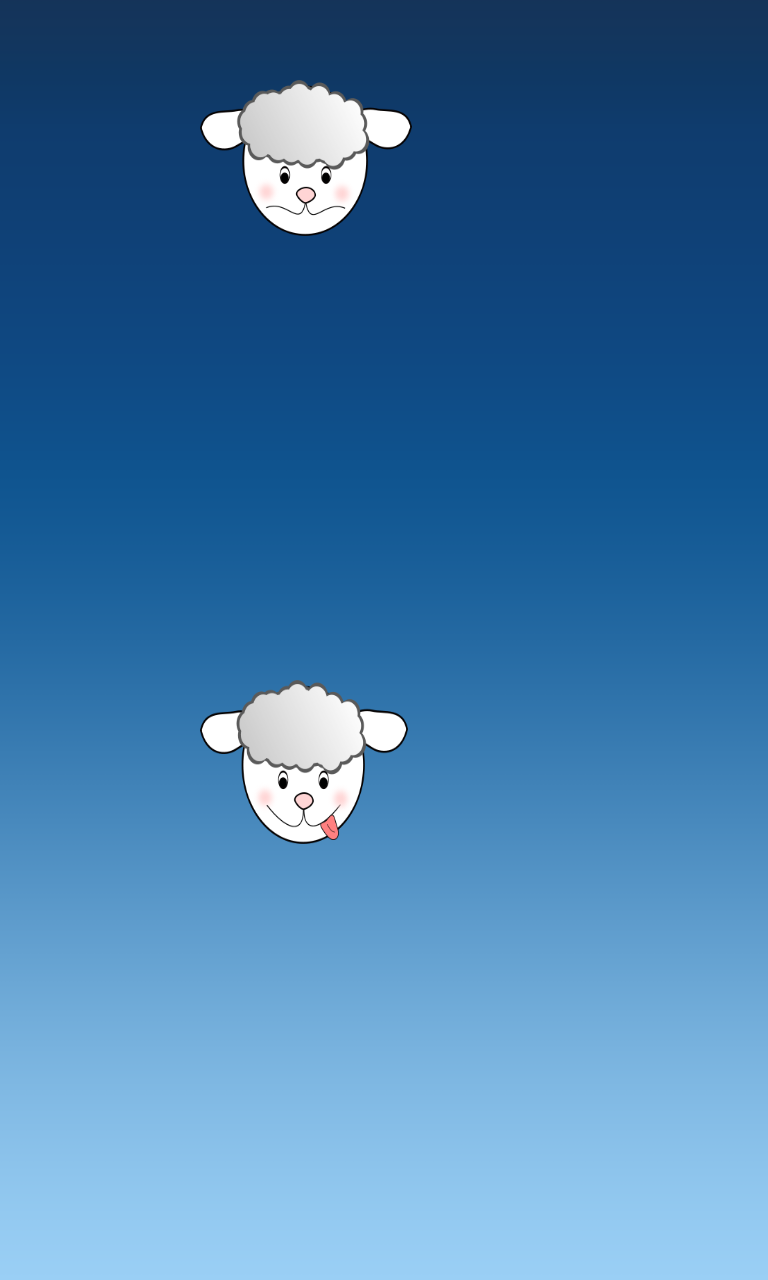
Repository: exilonX/CodeWarsFelula
Layout: Baa/res/layout/end_game1.xml
These files come from the project's save history. The layout is drawn as it stood at one moment and after a run of saves; the edit follows.
It is drawn on a 768 x 1280 px phone screen (xhdpi) without system bars, with theme AppTheme; the app's code is not run.

Above is the layout before, as saved 2014-02-22 17:43:58.

### Baa/res/layout/end_game1.xml
<?xml version="1.0" encoding="utf-8"?>
<FrameLayout xmlns:android="http://schemas.android.com/apk/res/android"
    android:layout_width="fill_parent"
    android:layout_height="fill_parent"
    android:background="@drawable/background"
    android:orientation="vertical" >

    <Button
        android:id="@+id/player1"
        android:layout_width="106dp"
        android:layout_height="78dp"
        android:layout_marginBottom="90dp"
        android:layout_marginLeft="100dp"
        android:layout_marginRight="40dp"
        android:layout_marginTop="40dp"
        android:background="@drawable/sad" />

    <Button
        android:id="@+id/player2"
        android:layout_width="104dp"
        android:layout_height="82dp"
        android:layout_marginBottom="0dp"
        android:layout_marginLeft="100dp"
        android:layout_marginRight="40dp"
        android:layout_marginTop="340dp"
        android:background="@drawable/happy" />

</FrameLayout>

Loaded but not shown: Baa/res/values/styles.xml (common file); Baa/res/values-v11/styles.xml (common file); Baa/res/values-v14/styles.xml (common file)

After the next 2 saves:
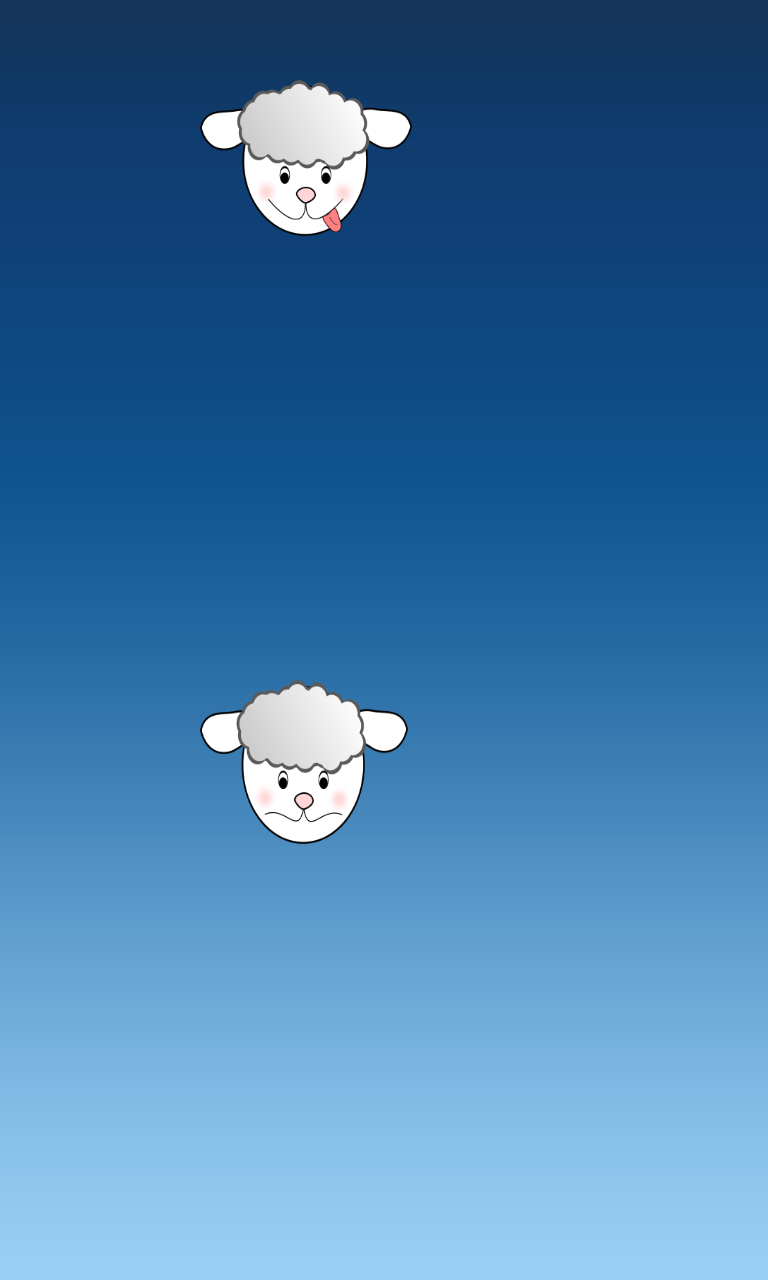
The 2 saves are shown as one change because they came seconds apart.
The last was saved 8 s later.
--- a/Baa/res/layout/end_game1.xml
+++ b/Baa/res/layout/end_game1.xml
@@ -13,7 +13,7 @@
         android:layout_marginLeft="100dp"
         android:layout_marginRight="40dp"
         android:layout_marginTop="40dp"
-        android:background="@drawable/sad" />
+        android:background="@drawable/happy" />
 
     <Button
         android:id="@+id/player2"
@@ -23,6 +23,6 @@
         android:layout_marginLeft="100dp"
         android:layout_marginRight="40dp"
         android:layout_marginTop="340dp"
-        android:background="@drawable/happy" />
+        android:background="@drawable/sad" />
 
 </FrameLayout>
